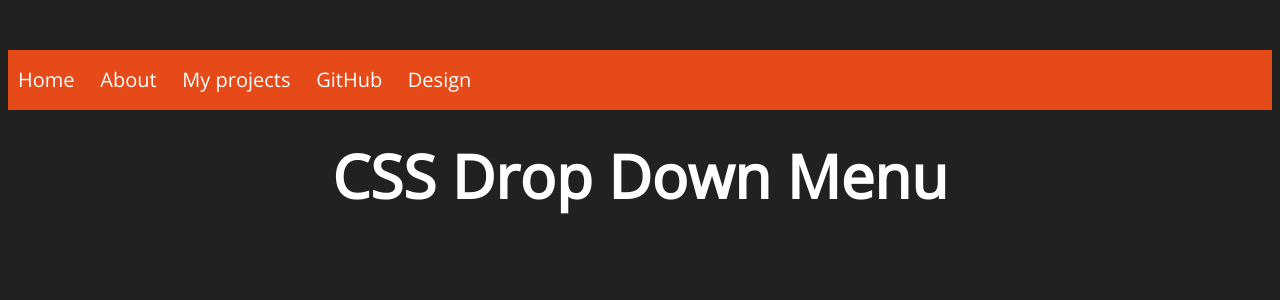
Repository: alikahwaji/HTML-CSS-workshop
Page: index.html
The author's editor kept a copy of each file at every save. The page is drawn from the files as they stood at one save, then again after the next save.
The browser window is 1280 px wide. The pictures show the whole page.

Above is the page before, as saved 2019-10-29 12:40:56.

### index.html
<!DOCTYPE html>
<!--[if lt IE 7]>      <html class="no-js lt-ie9 lt-ie8 lt-ie7"> <![endif]-->
<!--[if IE 7]>         <html class="no-js lt-ie9 lt-ie8"> <![endif]-->
<!--[if IE 8]>         <html class="no-js lt-ie9"> <![endif]-->
<!--[if gt IE 8]><!--> <html class="no-js"> <!--<![endif]-->
    <head>
        <meta charset="utf-8">
        <meta http-equiv="X-UA-Compatible" content="IE=edge">
        <title></title>
        <meta name="description" content="">
        <meta name="viewport" content="width=device-width, initial-scale=1">
        <link rel="stylesheet" href="index.css">
    </head>
    <body>
        <div id="container">
            <nav>
                <ul>
                    <li><a href="#">Home</a></li>
                    <li><a href="#">About</a>
                        <!-- About dropdown list  -->
                        <ul>
                            <li><a href="#">More about us</a></li>
                            <li><a href="#">Contact</a></li>
                            <li><a href="#">Location</a></li>
                        </ul>
                    </li>
                    <li><a href="#">My projects</a>
                        <!-- My projects dropdown list -->
                        <ul>
                                <li><a href="#">More about us</a></li>
                                <li><a href="#">Contact</a></li>
                                <li><a href="#">Location</a>
                                    <ul>
                                            <li><a href="#">WEB503</a></li>
                                            <li><a href="#">WEB502</a></li>
                                            <li><a href="#">WEB601</a>
                                    </ul>
                                </li>
                        </ul>
                    </li>
                    <li><a href="#">GitHub</a></li>
                    <li><a href="#">Design</a></li>
                </ul>
            </nav>
            <h1>CSS Drop Down Menu</h1>
        </div>
    </body>
</html>

### index.css
@import url(https://fonts.googleapis.com/css?family=Open+Sans);
@import url(https://fonts.googleapis.com/css?family=Bree+Serif);

body{
    background: #212121;
    font-size: 22px;
    line-height: 32px;
    color: #ffffff;
    word-wrap: break-word !important;
    font-family: "Open Sans", sans-serif;
}

h1 {
    font-size: 60px;
    text-align: center;
    color: #fff;
}

a {
    color: #fff;
}

#container{
    margin: 0 auto;
}

nav {
    margin: 50px 0;
    background-color: #e64a19;
}

nav ul {
    padding: 0;
    margin: 0;
    list-style: none;
    position: relative;
}

nav ul li {
    display: inline-block;
    background-color: #e64a19;
}

nav a {
    display: block;
    padding: 0 10px;
    color: #fff;
    font-size: 20px;
    line-height: 60px;
    text-decoration: none;
}

nav a:hover{
    background-color: #000000;
}

nav ul ul {
    display: none;
    position: absolute;
    top: 60px;
}

nav ul li:hover > ul{
    display: inherit;
}

nav ul ul li {
    width: 170px;
    float: none;
    display: list-item;
    position: relative;
}

nav ul ul ul li {
    position: relative;
    top: -60px;
    left: 170px;
}

After the next save:
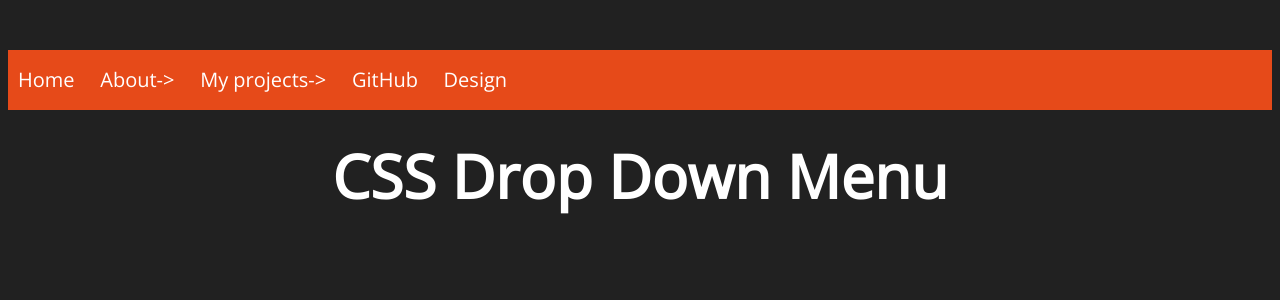
Saved 2 min 3 s later.
--- a/index.css
+++ b/index.css
@@ -76,3 +76,11 @@ nav ul ul ul li {
     top: -60px;
     left: 170px;
 }
+
+li > a:after {
+    content: "->";
+}
+
+li > a:only-child:after {
+    content: "";
+}
